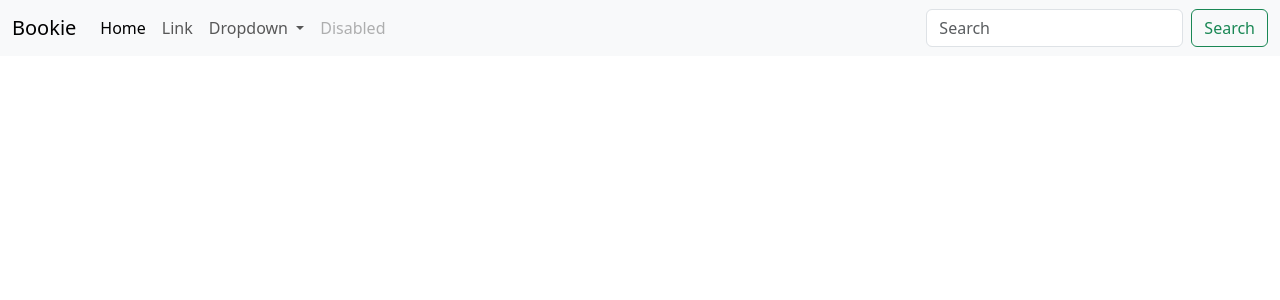
Repository: deep-poharkar/Django-Basics
Page: http://localhost/
The author's editor kept a copy of each file at every save. The page is drawn from the files as they stood at one save, then again after the next save.
The browser window is 1280 px wide. The pictures show the whole page.
The page is served by the project's application, run on Django 4.2 (manage.py).

Above is the page before, as saved 2023-05-13 23:31:43.

After the next save:
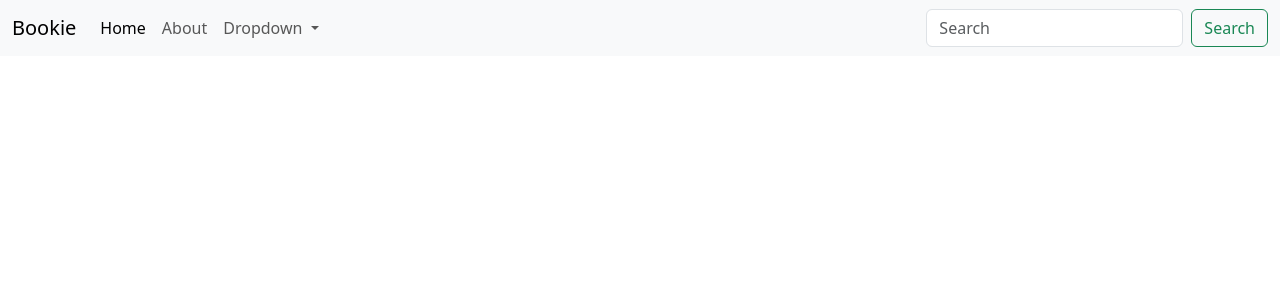
Saved 117 s later.
--- a/templates/index.html
+++ b/templates/index.html
@@ -32,7 +32,7 @@
               <a class="nav-link active" aria-current="page" href="#">Home</a>
             </li>
             <li class="nav-item">
-              <a class="nav-link" href="#">Link</a>
+              <a class="nav-link" href="#">About</a>
             </li>
             <li class="nav-item dropdown">
               <a
@@ -45,16 +45,13 @@
                 Dropdown
               </a>
               <ul class="dropdown-menu">
-                <li><a class="dropdown-item" href="#">Action</a></li>
-                <li><a class="dropdown-item" href="#">Another action</a></li>
+                <li><a class="dropdown-item" href="#">services</a></li>
+                <li><a class="dropdown-item" href="#">contact</a></li>
                 <li><hr class="dropdown-divider" /></li>
                 <li>
                   <a class="dropdown-item" href="#">Something else here</a>
                 </li>
               </ul>
-            </li>
-            <li class="nav-item">
-              <a class="nav-link disabled">Disabled</a>
             </li>
           </ul>
           <form class="d-flex" role="search">
